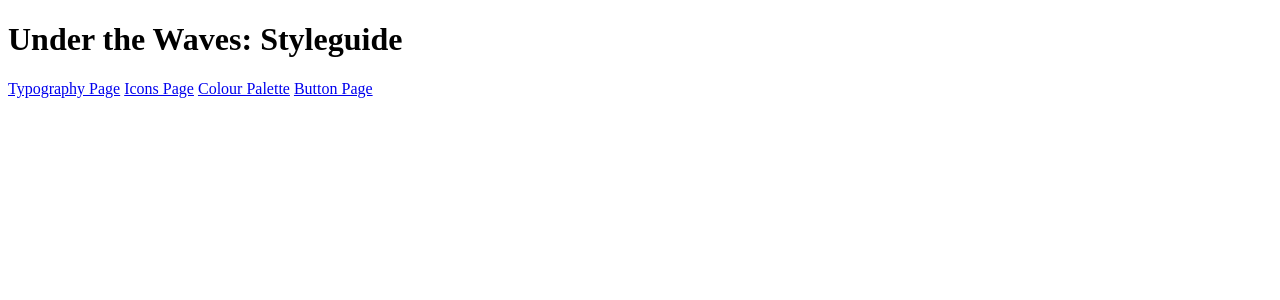
Repository: TeoEstrada9/styleguide
Page: index.html
The author's editor kept a copy of each file at every save. The page is drawn from the files as they stood at one save, then again after a run of saves.
The browser window is 1280 px wide. The pictures show the whole page.

Above is the page before, as saved 2023-03-02 10:15:30.

After the next 6 saves:
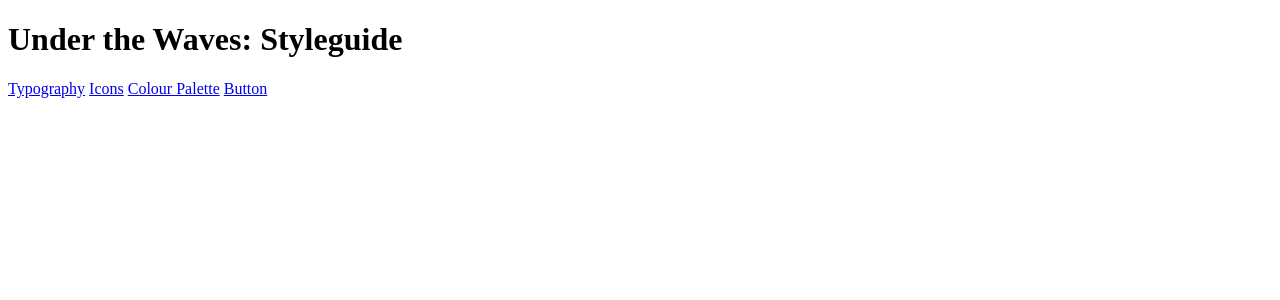
The 6 saves are shown as one change because they came seconds apart.
The last was saved 16 s later.
--- a/index.html
+++ b/index.html
@@ -11,9 +11,9 @@
   </head>
   <body>
     <h1>Under the Waves: Styleguide</h1>
-    <a href="./pages/typography.html">Typography Page</a>
-    <a href="./pages/buttons/icons.html">Icons Page</a>
+    <a href="./pages/typography.html">Typography</a>
+    <a href="./pages/buttons/icons.html">Icons</a>
     <a href="./pages/colorPalette.html">Colour Palette</a>
-    <a href="./pages/buttons/icons.html">Button Page</a>
+    <a href="./pages/buttons/icons.html">Button</a>
   </body>
 </html>
